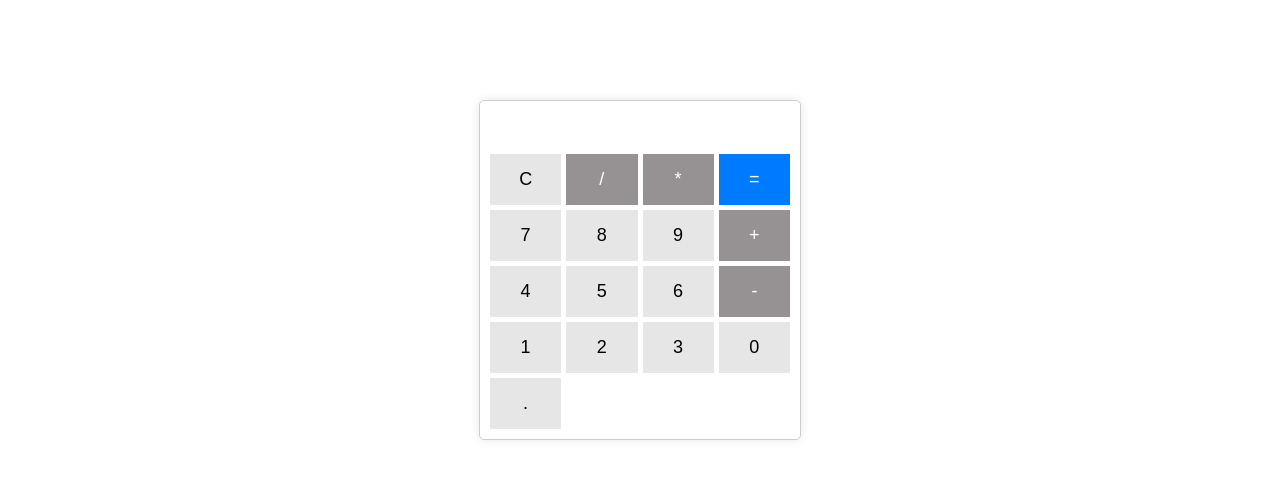
Repository: om9011/calculator
Page: index.html
These files come from the project's save history. The page is drawn as it stood at one moment and after the next save; the edit follows.
The browser window is 1280 px wide. The pictures show the whole page.

Above is the page before, as saved 2024-02-21 11:07:25.

After the next save:
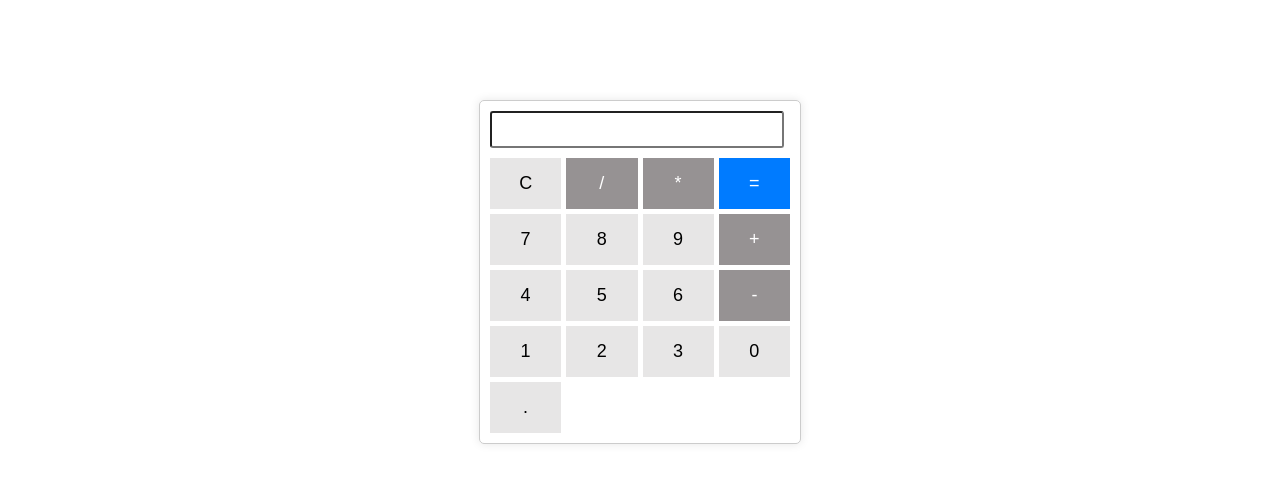
Saved 8 s later.
--- a/styles.css
+++ b/styles.css
@@ -12,7 +12,7 @@
   margin-bottom: 10px;
   padding: 5px;
   font-size: 20px;
-  border: none;
+  border: ;
   border-radius: 3px;
   outline: none;
 }
